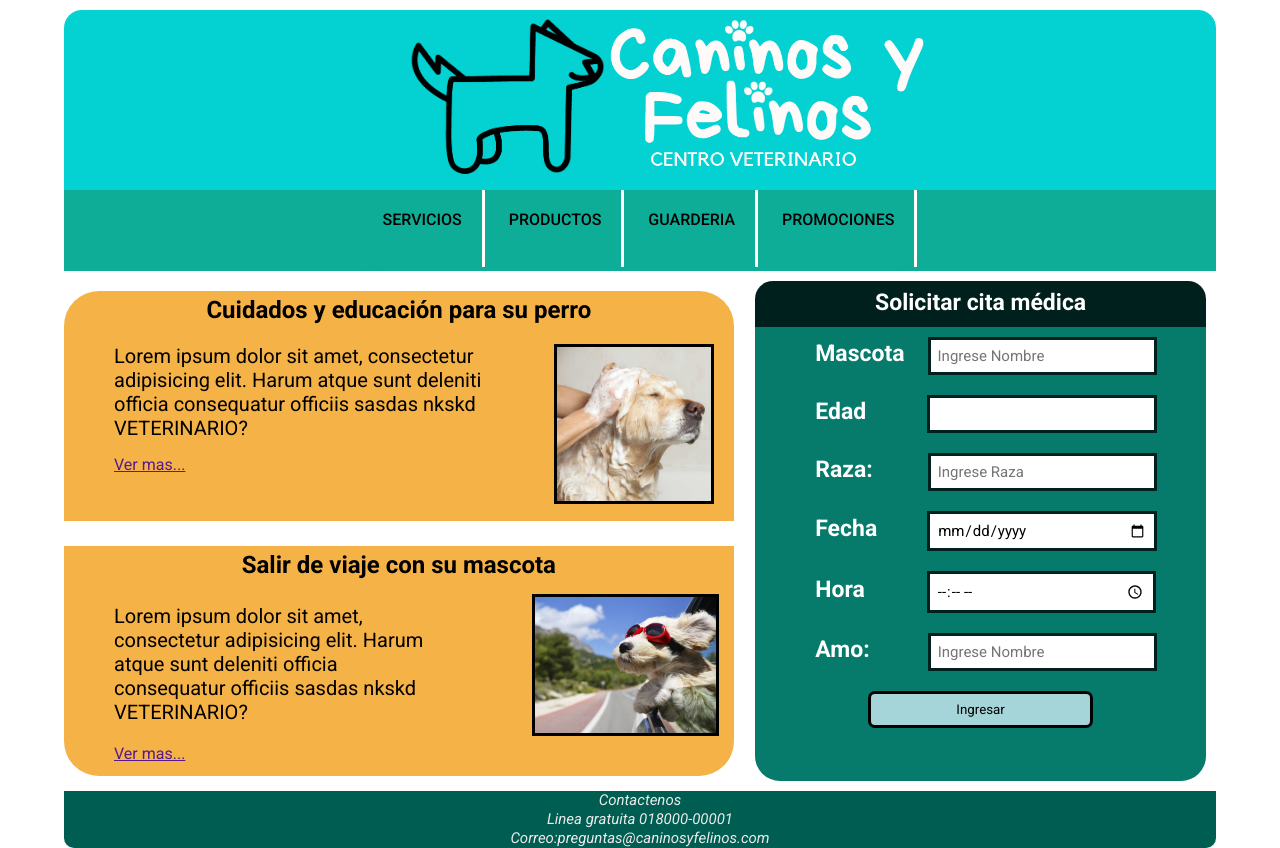
Repository: NickArregoces/Veterinaria
Page: Index.html
An editor plug-in stored every save of this project. The page is shown before and after the next save, followed by the edit.
The browser window is 1280 px wide. The pictures show the whole page.

Above is the page before, as saved 2021-10-15 15:15:24.

### Index.html
<!DOCTYPE html>
<html lang="en">
<head>
    <meta charset="UTF-8">
    <meta http-equiv="X-UA-Compatible" content="IE=edge">
    <meta name="viewport" content="width=device-width, initial-scale=1.0">
    <title>Canicos y felinos</title>
    <link rel="stylesheet" href="/CSS/Style.css">
    <link href="https://fonts.googleapis.com/css2?family=Roboto:ital,wght@0,100;0,300;0,400;0,500;0,700;0,900;1,100;1,300;1,400;1,500;1,700;1,900&display=swap" rel="stylesheet">
    <link rel="preconnect" href="https://fonts.googleapis.com">
    <link rel="preconnect" href="https://fonts.gstatic.com" crossorigin>
    <link href="https://fonts.googleapis.com/css2?family=Abril+Fatface&display=swap" rel="stylesheet">

</head>
<body>

        <header>
            <div class="image">
                <img id="logo" src="/Images/Captura de pantalla 2021-10-04 192824.png" alt="logo">

                <img id="text" src="/Images/logo.png" alt="text">
            </div>
        </header>

        <div class="navegador">
            <ul class="menu">
                <li><a href="/Servicios.html">Servicios</a></li>
                <li><a href="/Productos.html">Productos</a></li>
                <li><a href="/Guarderia.html">Guarderia</a></li>
                <li><a href="/Promociones.html">Promociones</a></li>
            </ul>
        </div>

            <div class="section">
                <form action="" class="cita">
                    <h3 style="color: rgb(255, 255, 255);">Solicitar cita médica</h3>
                        <div class="Mascota">
                            <h4>Mascota<input type="text" placeholder="Ingrese Nombre" required></h4>
                        </div>

                        <div class="Edad">
                            <h4>Edad<input type="number" required></h4>
                        </div>

                        <div class="Raza">
                            <h4>Raza:<input type="text" placeholder="Ingrese Raza" required></h4>
                        </div>
                        <div class="Fecha">
                            <h4>Fecha<input type="date" placeholder="" required></h4>
                        </div>

                        <div class="Hora">
                            <h4>Hora<input type="time" required></h4>
                        </div>

                        <div class="Amo">
                            <h4>Amo:<input type="text" placeholder="Ingrese Nombre" required></h4>
                        </div>

                    <div class="button">
                        <button class="sumbit"> Ingresar </button>
                    </div>

                </form>
            </div>

            <div id="Cuadros">
                <aside>
                    <div class="Cuidados">
                        <h2 style="color: rgb(0, 0, 0);">Cuidados y educación para su perro</h2>

                        <div id="Prueba">
                            <img id="Prueba" src="/Images/credit.png" alt="">


                            <p>Lorem ipsum dolor sit amet, consectetur adipisicing elit.
                                Harum atque sunt deleniti officia consequatur officiis
                                sasdas nkskd VETERINARIO?</p>

                            <div class="vinculo"><a href="">Ver mas...</a></div>
                        </div>

                    </div>

                    <div class="Viajes">
                        <h2 style="color: rgb(0, 0, 0);">Salir de viaje con su mascota</h2>

                        <div id="Prueba">
                            <img id="Prueba" src="/Images/Wallpaper(80).jpg" alt="">

                            <p>Lorem ipsum dolor sit amet, consectetur adipisicing elit.
                            Harum atque sunt deleniti officia consequatur officiis
                            sasdas nkskd VETERINARIO?</p>

                            <div class="vinculo1"><a href="">Ver mas...</a></div>
                        </div>
                    </div>
                </aside>
            </div>

            <div>
                <footer>
                        <p>Contactenos</p>
                        <p>Linea gratuita 018000-00001</p>
                        <p>Correo:preguntas@caninosyfelinos.com</p>
                </footer>
            </div>


</body>
</html>

### CSS/Style.css

*{
    margin: 0 auto;
    padding: 0px;
    list-style:none;
    font-family: 'Roboto', sans-serif;
}
body{
    font-family: Arial, Helvetica, sans-serif;
    background: rgb(255, 255, 255);
    width: 90%;
    color: rgb(0, 0, 0);
}
header{
    width: 100%;
    margin-top: 10px;
    background: #04d1d1;
    border-top-left-radius:  18px;
    border-top-right-radius:  18px;
    height: 180px;
}
    header .image #logo{
        width: 17%;
        margin-left: 30%;
    }
    header .image  #text{
        width: 28%;
    }
div.navegador{
    background: rgb(14, 173, 152);
    justify-content: space-around;
    align-items: center;
    display:flex
}
    ul.menu{
        border-bottom-left-radius: 20px 20px;
        border-bottom-right-radius: 20px 20px;
        background: rgb(14, 173, 152);
        height: 60%px;
        list-style: none;
        padding: 0;
    }
    .menu li a{
        height: 37px;
        font-size: 100%;
        font-weight: 500;
        margin-right: 1px;
        text-transform: uppercase;
        text-decoration: none;
        color:black;
        padding: 20px;
        display: table-cell;
        transition: all 0.3s;
    }
    .menu li {
        border-right: solid white;
        display: inline-block;
        }
    .menu li a:hover{
        background: #242323b6;
        color: white;
        }

.section{
    width: 40%;
    float: right;
}
    form{
        background: rgb(6, 122, 107);
        border-radius: 25px;
        margin-top: 10px;
        margin-right:10px;
        margin-bottom: 10px;
        height: 500px;
    }
        form h3{
            font-size: 23px;
            text-align: center;
            background: rgb(0, 32, 29);
            height: 30px;
            padding: 8px;
            border-top-left-radius: 18px;
            border-top-right-radius: 18px;
        }
        form h4{
            font-size: 23px;
            padding: 10px;
            margin-left: 50px;
            color: rgb(255, 255, 255);

        }
        form input{
            font-size: 15px;
            width: 55%;
            padding: 7px;
            display: inline;
            border: solid rgb(0, 32, 29);
            margin-left: 10px;
        }
        div.Mascota input {
            margin-left: 23px;
        }
        div.Edad input {
            margin-left: 61px;
        }
        div.Raza input {
            margin-left: 55px;
        }
        div.Fecha input {
            margin-left: 50px;
        }
        div.Hora input {
            margin-left: 62px;
        }
        div.Amo input {
            margin-left: 58px;
        }
        div.button{
            margin-top: 10px;
            margin: auto;
            text-align: center;
            width: 50%;
            cursor: pointer;
        }
        button{
            margin-top: 10px;
            width: 100%;
            padding: 8px;
            background:#A5D5D8;
            border-radius: 7px;
            border: solid black;
            cursor: pointer;

        }
        button:hover{
            background: #000000b6;
            color: rgb(255, 255, 255);
        }
aside{
    width: 59%;
    height: 500px;
    margin-top: 10px;
    float: left;
    margin-bottom: 10px;
}
    div.Cuidados{
        height: 230px;
        border-top-left-radius: 35px;
        border-top-right-radius: 35px;
        margin-top: 10px;
        margin-right: 10px;
        background:#f5b246;
        overflow:hidden;
    }
    /*Centrado Imagenes aside*/
    #Prueba{
        float: right;
    }
        div.Cuidados h2{
            text-align: center;
            margin-top: 5px;
        }
        div.Cuidados img {
            margin: 20px;
            width: 23%;
            border: solid black;
        }
        /*Efecto Imagenes aside*/
        div #Prueba img:hover{
            -webkit-transform:scale(0.9);
            transform:scale(0.9);
        }
        div.Cuidados p{
            font-size: 20px;
            margin-top: 20px;
            margin-left: 50px;
            width: 60%;
            display: inline-block;
        }
        div.Cuidados a{
            position: absolute;
            margin-left: 50px;
            margin-top: 15px;
        }

    div.Viajes {
        height: 230px;
        border-bottom-right-radius: 35px;
        border-bottom-left-radius: 35px;
        margin-top: 25px;
        margin-right: 10px;
        background:#f5b246;
        overflow: hidden;
    }
        div.Viajes h2{
            text-align: center;
            margin-top: 5px;
        }
        div.Viajes img {
            width: 27%;
            margin: 15px;
            border: solid black;
        }
        div.Viajes p{
            font-size: 20px;
            margin-top: 25px;
            margin-left: 50px;
            width: 50%;
            display: inline-block;
        }
        div.vinculo1 a{
            position: absolute;
            margin-left: 50px;
            margin-top: 20px;
        }

footer{
    background: rgb(0, 93, 81);
    clear: both;
    border-bottom-left-radius: 10px;
    border-bottom-right-radius: 10px;
}
    footer p{
        font-size: 15px;
        text-align: center;
        line-height: 15px;
        color: rgb(236, 235, 235);
        font-style:italic;
        padding: 2px;
    }

After the next save:
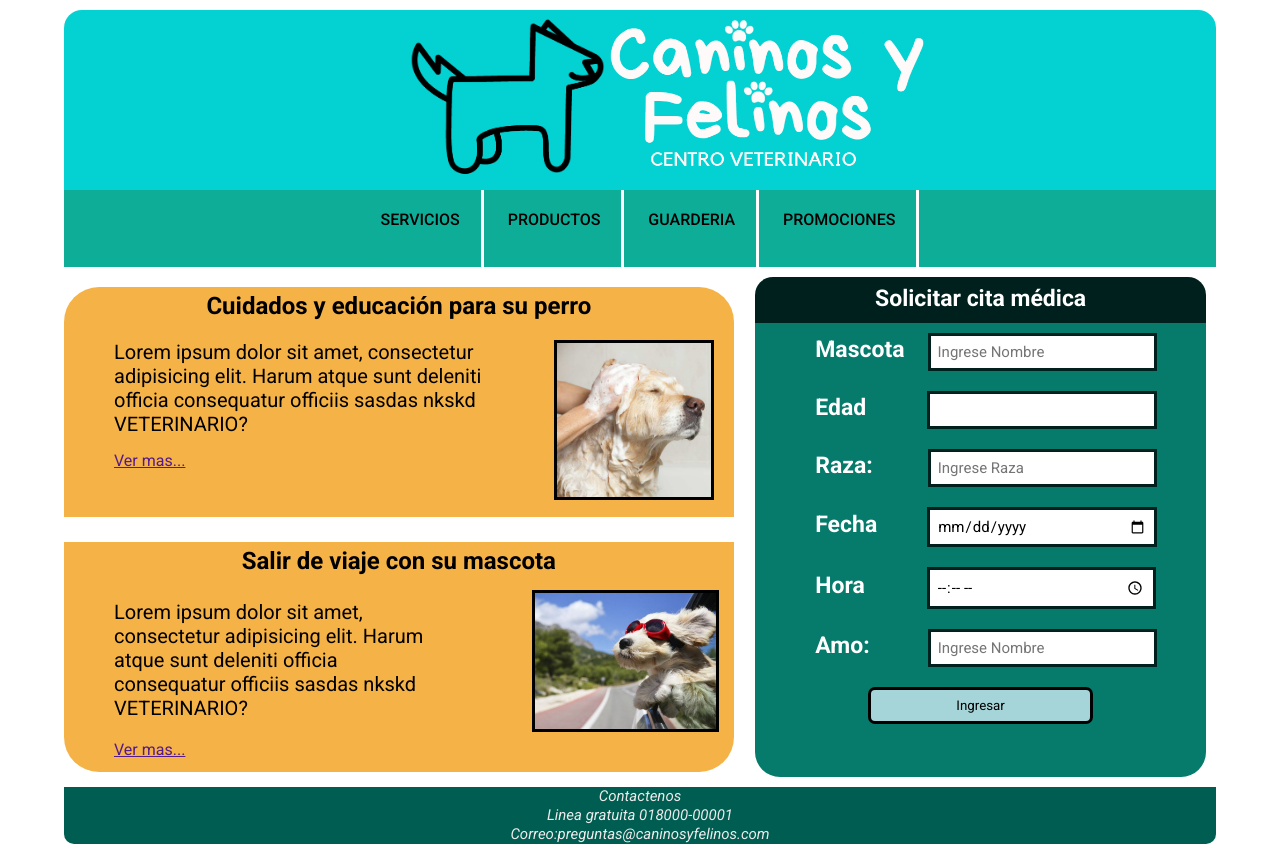
Saved 14 s later.
--- a/CSS/Style.css
+++ b/CSS/Style.css
@@ -49,7 +49,7 @@ div.navegador{
         text-decoration: none;
         color:black;
         padding: 20px;
-        display: table-cell;
+        display: inline-block;
         transition: all 0.3s;
     }
     .menu li {
